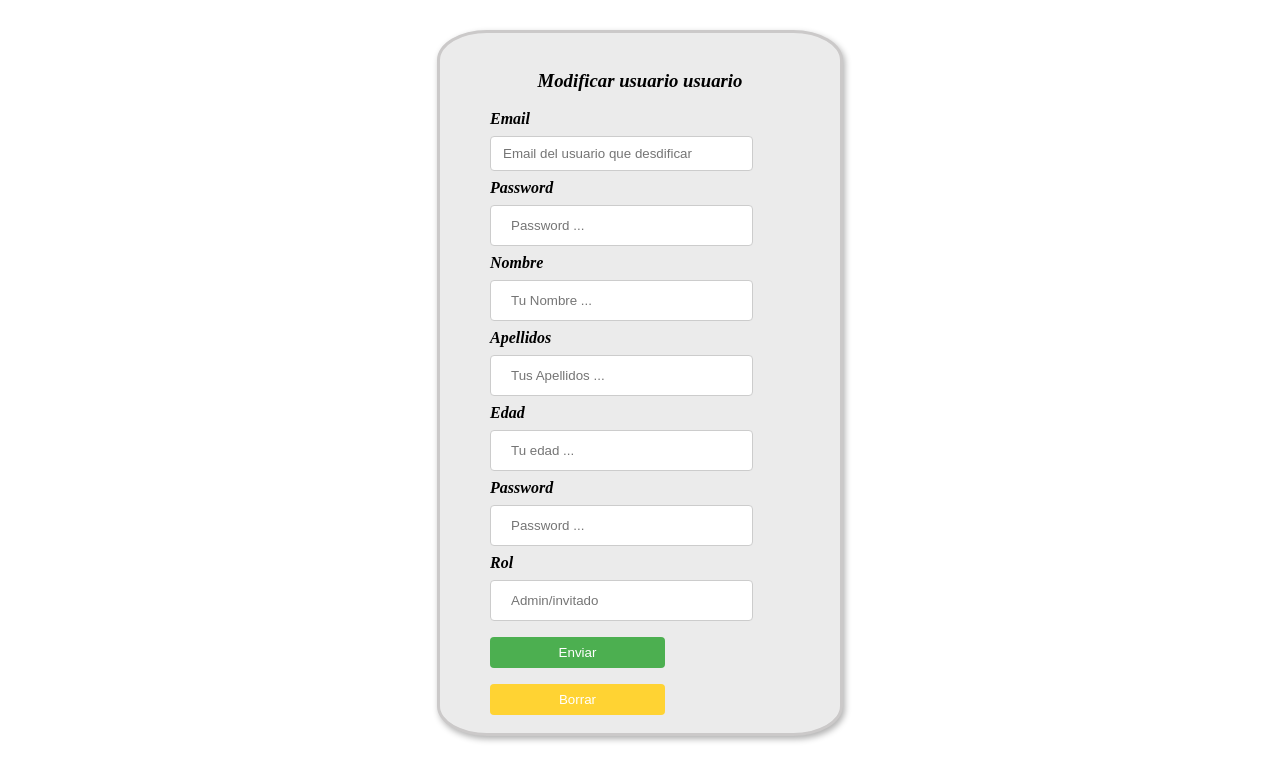
Repository: nachmz42/ProyectoJoker
Page: http://localhost/Joker/modificarusuario.jsp
An editor plug-in stored every save of this project. The page is shown before and after the next save, followed by the edit.
The browser window is 1280 px wide. The pictures show the whole page.
The page is served by Tomcat 9. Other server files are loaded and not shown.

Above is the page before, as saved 2021-07-02 11:13:58.

### Joker/src/main/webapp/modificarusuario.jsp
<%@ page language="java" contentType="text/html; charset=ISO-8859-1"
    pageEncoding="ISO-8859-1"%>
<!DOCTYPE html>
<html>
<head>
<meta charset="ISO-8859-1">
<title>Insert title here</title>
<link rel="stylesheet" href="STYLE/css/modificarusuario.css"></link>

</head>
<body>

<div class= "testbox">

  <form action="/Joker/ServletModificarusuario" method="post"><br>


  <h3>Modificar usuario usuario</h3>
  		<div class="form2" style="">


  	<label for="email" id="1">Email</label><br>
    <input type="email" id="email" name="email" placeholder="Email del usuario que desdificar"  required>
     <i class="icon-user"></i><br>

    <label for="password" id="1" >Password</label><br>
    <input type="text" id="password" name="password" placeholder="Password ..."  required>  <br>


    <label for="nombre" id="1">Nombre</label><br>
    <input type="text" id="nombre" name="nombre" placeholder="Tu Nombre ..."  required><br>

    <label for="apellidos"  >Apellidos</label><br>
    <input type="text" id="apellidos" name="apellidos" placeholder="Tus Apellidos ..." required><br>


    <label for="edad" id="1">Edad</label><br>
    <input type="text" id="edad" name="edad" placeholder="Tu edad ..."  required  ><br>

    <label for="password" id="1" >Password</label><br>
    <input type="text" id="password" name="password" placeholder="Password ..."  required>  <br>

    <label for="rol" id="1" >Rol</label><br>
    <input type="text" id="rol" name="rol" placeholder="Admin/invitado"  required  >  <br>


    <input type="submit" value="Enviar"><br>
    <input type="reset" value="Borrar"><br>
   </div>
</div>

</body>
</html>

### Joker/src/main/webapp/STYLE/css/modificarusuario.css
@charset "ISO-8859-1";




input[type=text], select {
	width: 75%;
	padding: 12px 20px;
	margin: 8px 0;
	display: inline-block;
	border: 1px solid #ccc;
	border-radius: 4px;
	box-sizing: border-box;
}

input[type=email], select {
	width: 75%;
	padding: 9px 12px;
	margin: 8px 0;
	display: inline-block;
	border: 1px solid #ccc;
	border-radius: 4px;
	box-sizing: border-box;
}

input[type=submit] {
	width: 50%;
	background-color: #4CAF50;
	color: white;
	padding: 8px 0px;
	margin: 8px 0;
	border: none;
	border-radius: 4px;
	cursor: pointer;
	Text-align: center;
}

input[type=reset] {
	width: 50%;
	background-color: #FFD333;
	color: white;
	padding: 8px 0px;
	margin: 8px 0;
	border: none;
	border-radius: 4px;
	cursor: pointer;
	Text-align: center;
}


.testbox {
	margin: 30px auto;
	width: 400px;
	height: 700px;
	-webkit-border-radius: 50px/30px;
	-moz-border-radius: 50px/30px;
	border-radius: 50px/30px;
	background-color: #ebebeb;
	-webkit-box-shadow: 2px 3px 6px rgba(0, 0, 0, .31);
	-moz-box-shadow: 2px 3px 6px rgba(0, 0, 0, .31);
	box-shadow: 2px 3px 6px rgba(0, 0, 0, .31);
	border: solid 3px #cbc9c9;
	Text-align: center;
	 font: oblique bold 100% cursive;
}





.form2 {
    Text-align: left;
    width: 350px;
    margin-left: 50px;
}

After the next save:
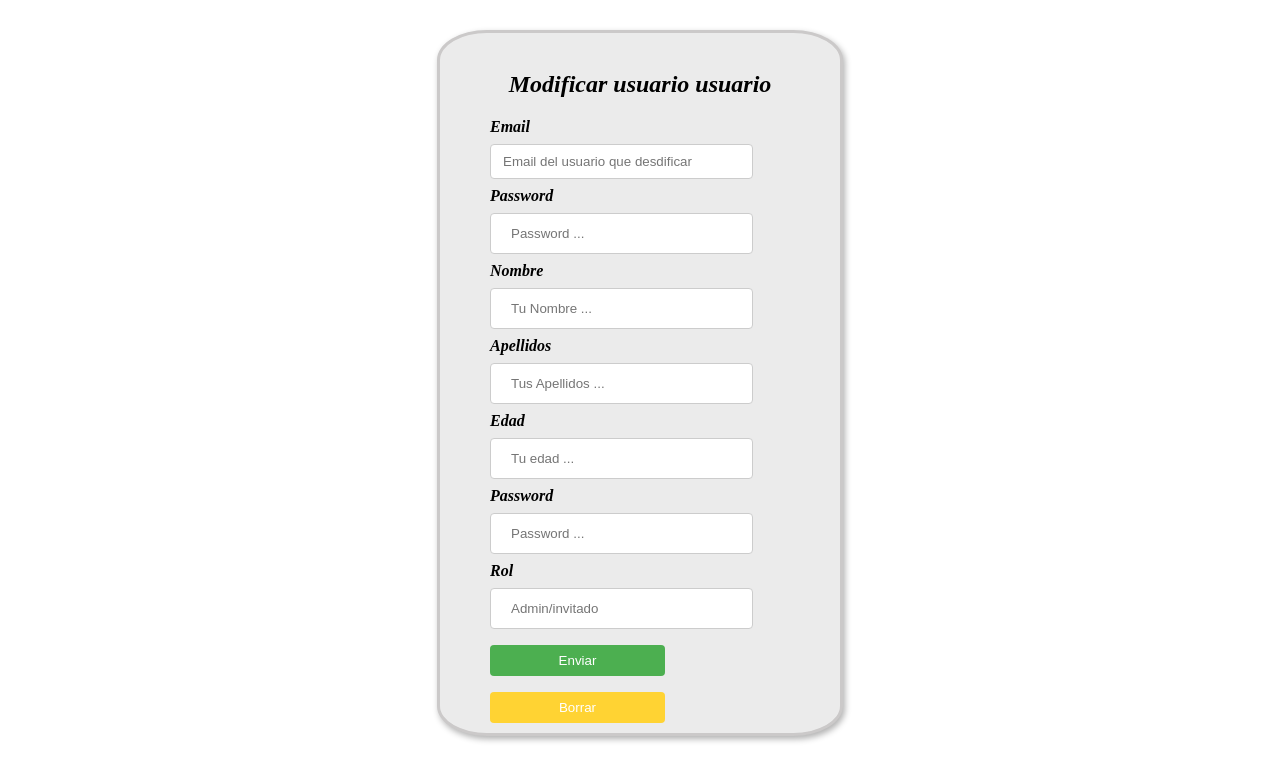
Saved 13 s later.
--- a/Joker/src/main/webapp/modificarusuario.jsp
+++ b/Joker/src/main/webapp/modificarusuario.jsp
@@ -15,7 +15,7 @@
   <form action="/Joker/ServletModificarusuario" method="post"><br>
 
 
-  <h3>Modificar usuario usuario</h3>
+  <h2>Modificar usuario usuario</h2>
   		<div class="form2" style="">
 
 
